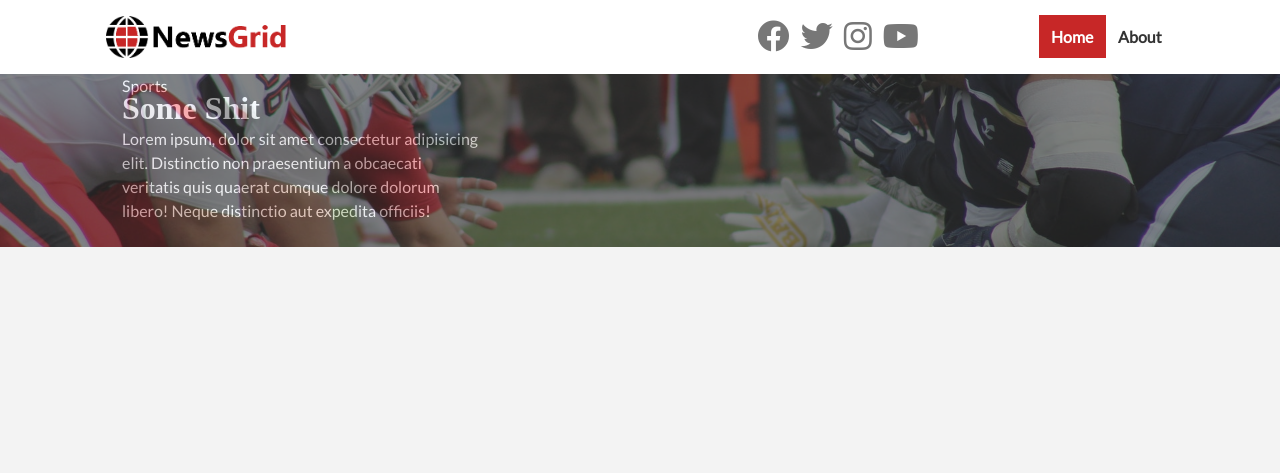
Repository: EswinGiova/NewsGrid
Page: index.html
An editor plug-in stored every save of this project. The page is shown before and after the next save, followed by the edit.
The browser window is 1280 px wide. The pictures show the whole page.
Some web libraries are served in a nearby version.

Above is the page before, as saved 2020-09-19 20:05:36.

After the next save:
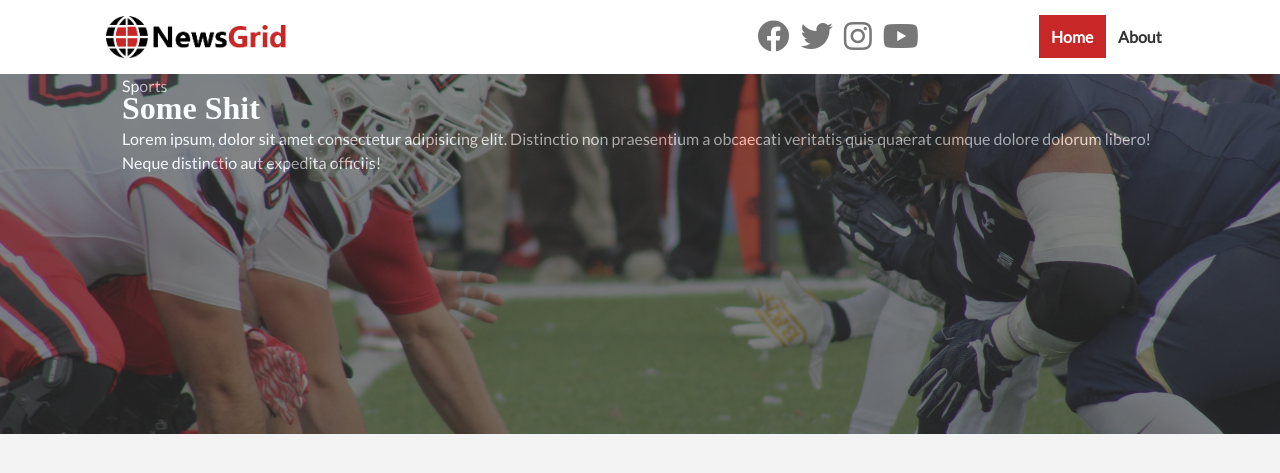
Saved 9 s later.
--- a/css/style.css
+++ b/css/style.css
@@ -120,5 +120,5 @@ h6 {
   opacity: 0.4;
 }
 #showcase .showcase-container {
-  width: 50vh;
+  height: 50vh;
 }
